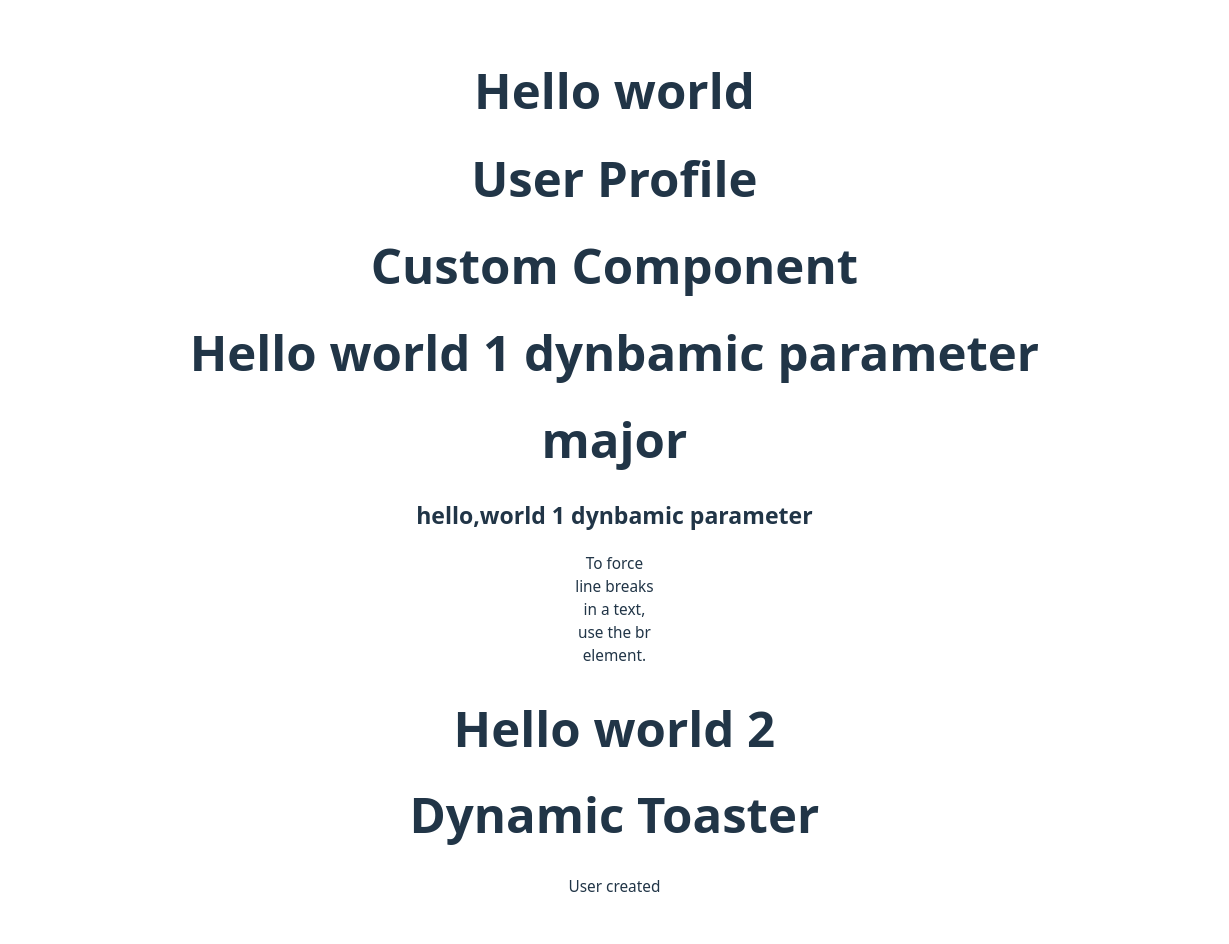
Repository: Janum4444/React-learning
Page: /
The author's editor kept a copy of each file at every save. The page is drawn from the files as they stood at one save, then again after the next save.
The browser window is 1280 px wide. The pictures show the whole page, at 96% of full size.
The project was rebuilt for these pictures with package versions that can differ from the ones it lists, and the page was loaded fresh each time. Also part of the build but not shown: vite.config.js.

Above is the page before, as saved 2026-02-22 12:18:53.

### src/App.jsx

import './App.css'
import { DynamicToaster } from './DynamicToaster.jsx'
import { Hello } from './Hello.jsx'
import {UserProfile, CustomComponent} from './UserProfile.jsx'

function App() {

  return (
    <>
      <div>
        <h1> Hello world</h1>
        <UserProfile />
        <CustomComponent />
        <Hello />
        <DynamicToaster />
      </div>
    </>
  )
}

export default App

### src/DynamicToaster.jsx
export const DynamicToaster = () => {
    return (
        <div>
            <h1> Dynamic Toaster </h1>
            <p>User created </p>
        </div>
    )
}

### src/Hello.jsx
export const Hello = () => {
    let text = "Hello world 1 dynbamic parameter";
    let age = 20
    return (
        <>
            <div id="hello-container1">
                <h1 className="text"> {text}</h1>
                <h1> { age > 18 ? 'major' : 'minor'}</h1>
                <h2>{ text.toLowerCase().replace(' ', ',')}</h2>
            </div>

            <p>
                To force
                <br /> line breaks
                <br /> in a text,
                <br /> use the br
                <br /> element.
            </p>

            <div id="hello-container2">
                <h1> Hello world 2</h1>
            </div>
        </>
    );
};

### src/UserProfile.jsx


export const UserProfile = () => {
    return (
        <div>
            <h1> User Profile </h1>
        </div>
    )
}


export const CustomComponent = () => {
    return (
        <div>
            <h1> Custom Component </h1>
        </div>
    )
}

Loaded but not shown: src/main.jsx (common file); src/index.css (common file); src/App.css (common file)

After the next save:
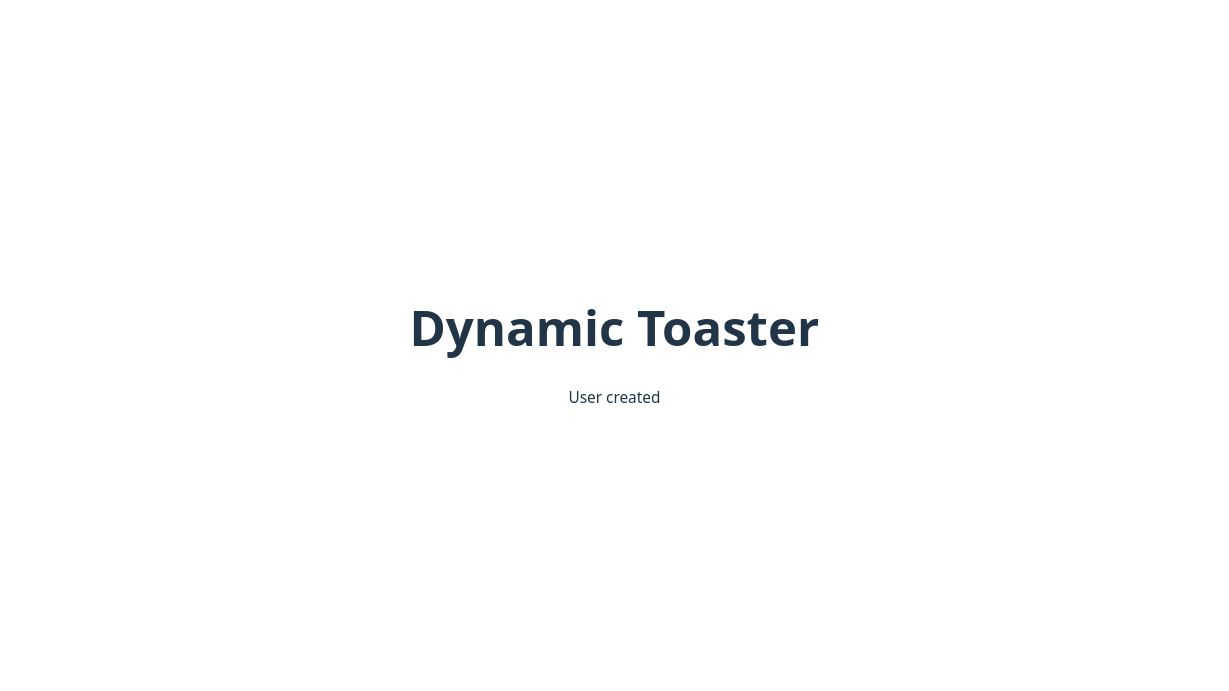
Saved 44 s later.
--- a/src/App.jsx
+++ b/src/App.jsx
@@ -9,10 +9,10 @@ function App() {
   return (
     <>
       <div>
-        <h1> Hello world</h1>
+        {/* <h1> Hello world</h1>
         <UserProfile />
         <CustomComponent />
-        <Hello />
+        <Hello />   */}
         <DynamicToaster />
       </div>
     </>
